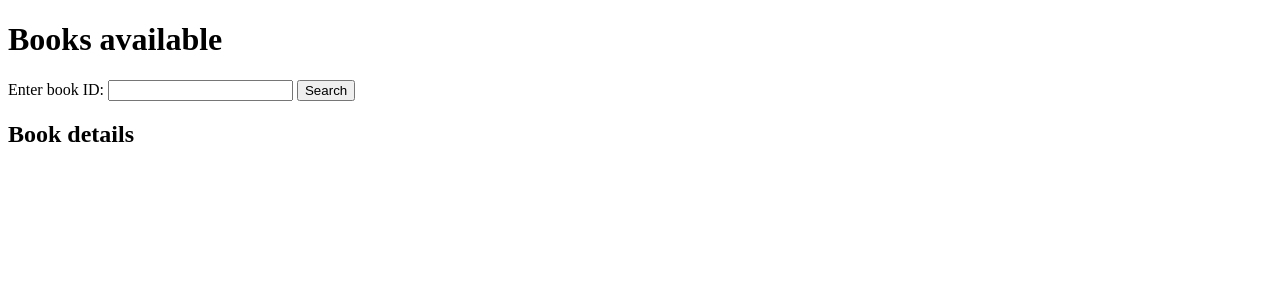
Repository: Afrozzzz/java-training
Page: shop/src/main/resources/static/books.html
The author's editor kept a copy of each file at every save. The page is drawn from the files as they stood at one save, then again after the next save.
The browser window is 1280 px wide. The pictures show the whole page.
The page's requests for data from a server got no answer.

Above is the page before, as saved 2025-03-03 06:04:14.

### shop/src/main/resources/static/books.html
<!DOCTYPE html>
<html lang="en">
<head>
    <meta charset="UTF-8">
    <meta name="viewport" content="width=device-width, initial-scale=1.0">
    <title>Books</title>
</head>
<body>
    <h1>Books available</h1>
    <ul id="bookList"></ul>

    <label for="bookId">Enter book ID:</label>
    <input type="number" id="bookId" name="bookId">
    <button id="searchButton">Search</button>

    <h2>Book details</h2>
    <p id="bookDetails"></p>

    <script>
        // Fetch all books and display them in a list
        fetch('/api/books')
            .then(response => response.json())
            .then(data => {
                const list = document.getElementById('bookList');
                data.forEach(book => {
                    const li = document.createElement('li');
                    li.textContent = `${book.title} having price $${book.price} with author ID ${book.authorId}`;
                    list.appendChild(li);
                });
            })
            .catch(error => console.error('Error fetching books data:', error));

        // Function to fetch book by ID and display its details
        function fetchBookById() {
            const bookId = document.getElementById("bookId").value;
            if (!bookId) {
                alert("Please enter a book ID");
                return;
            }
            fetch(`/api/books/${bookId}`)
                .then(response => {
                    if (!response.ok) {
                        throw new Error("Book not found");
                    }
                    return response.json();
                })
                .then(book => {
                    document.getElementById("bookDetails").textContent =
                        `Title: ${book.title} || Price: $${book.price} || Author ID: ${book.authorId}`;
                })
                .catch(error => {
                    document.getElementById("bookDetails").textContent = "Book not found";
                });
        }

        // Add event listener to the search button
        document.getElementById("searchButton").addEventListener("click", fetchBookById);
    </script>
</body>
</html>

After the next save:
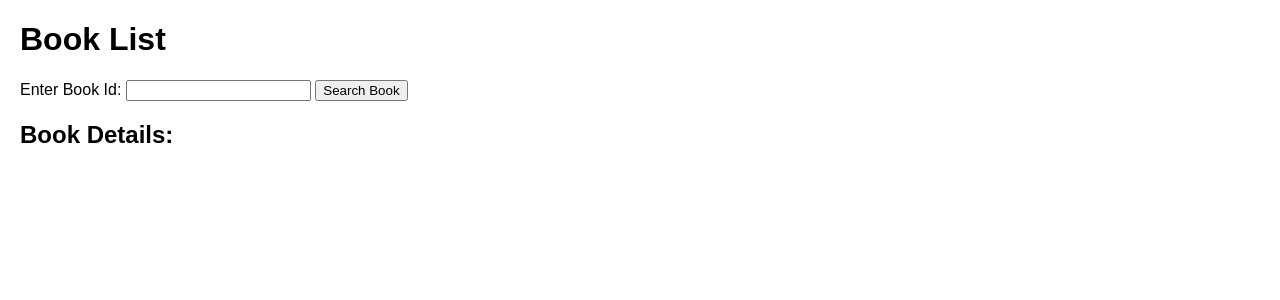
Saved 6 min 11 s later.
--- a/shop/src/main/resources/static/books.html
+++ b/shop/src/main/resources/static/books.html
@@ -1,60 +1,67 @@
 <!DOCTYPE html>
 <html lang="en">
 <head>
-    <meta charset="UTF-8">
-    <meta name="viewport" content="width=device-width, initial-scale=1.0">
-    <title>Books</title>
+<meta charset="UTF-8">
+<meta name="viewport" content="width=device-width, initial-scale=1.0">
+<title>Book List</title>
+<style>
+        body {
+            font-family: Arial, sans-serif;
+            margin: 20px;
+        }
+        ul {
+            list-style-type: none;
+            padding: 0;
+        }
+        li {
+            padding: 10px;
+            border: 1px solid #ddd;
+            margin-bottom: 5px;
+        }
+        .book-header {
+            background-color: #f4f4f4;
+            font-weight: bold;
+        }
+</style>
 </head>
 <body>
-    <h1>Books available</h1>
-    <ul id="bookList"></ul>
+<h1>Book List</h1>
+<ul id="bookList"></ul>
+<label for="bookId">Enter Book Id:</label>
+<input type="number" id="bookId">
+<button onclick="fetchBookById()">Search Book</button>
+<h2>Book Details:</h2>
+<p id="bookDetails"></p>
+</body>
+<script>
+        document.addEventListener('DOMContentLoaded', function() {
+            fetch('/api/books')
+                .then(response => response.json())
+                .then(data => {
+                    const bookList = document.querySelector('#bookList');
+                    data.forEach(book => {
+                        const headerItem = document.createElement('li');
+                        headerItem.textContent = `${book.title} having price ${book.price} with authorId ${book.authorId}`;
+                        bookList.appendChild(headerItem);
+                    });
+                })
+                .catch(error => console.error('Error fetching books:', error));
+        });
 
-    <label for="bookId">Enter book ID:</label>
-    <input type="number" id="bookId" name="bookId">
-    <button id="searchButton">Search</button>
-
-    <h2>Book details</h2>
-    <p id="bookDetails"></p>
-
-    <script>
-        // Fetch all books and display them in a list
-        fetch('/api/books')
-            .then(response => response.json())
-            .then(data => {
-                const list = document.getElementById('bookList');
-                data.forEach(book => {
-                    const li = document.createElement('li');
-                    li.textContent = `${book.title} having price $${book.price} with author ID ${book.authorId}`;
-                    list.appendChild(li);
-                });
-            })
-            .catch(error => console.error('Error fetching books data:', error));
-
-        // Function to fetch book by ID and display its details
         function fetchBookById() {
-            const bookId = document.getElementById("bookId").value;
-            if (!bookId) {
+            const id = document.getElementById('bookId').value;
+            if (!id) {
                 alert("Please enter a book ID");
                 return;
             }
-            fetch(`/api/books/${bookId}`)
-                .then(response => {
-                    if (!response.ok) {
-                        throw new Error("Book not found");
-                    }
-                    return response.json();
+            fetch(`/api/books/${id}`)
+                .then(response => response.json())
+                .then(book => {
+                    const bookDetails = document.querySelector('#bookDetails');
+                    bookDetails.textContent = `Title : ${book.title} || price :${book.price} || authorId :${book.authorId}`;
                 })
-                .then(book => {
-                    document.getElementById("bookDetails").textContent =
-                        `Title: ${book.title} || Price: $${book.price} || Author ID: ${book.authorId}`;
-                })
-                .catch(error => {
-                    document.getElementById("bookDetails").textContent = "Book not found";
-                });
+                .catch(error => console.error('Error fetching book:', error));
         }
+</script>
 
-        // Add event listener to the search button
-        document.getElementById("searchButton").addEventListener("click", fetchBookById);
-    </script>
-</body>
 </html>

After the save that followed:
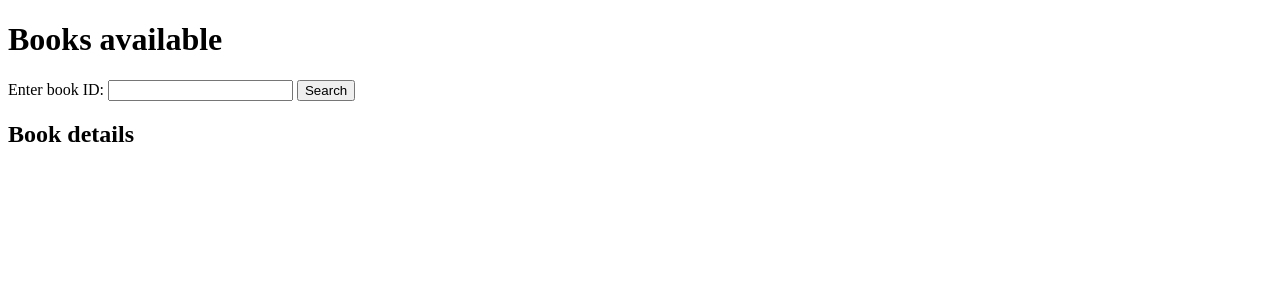
Saved 12 min 5 s later.
--- a/shop/src/main/resources/static/books.html
+++ b/shop/src/main/resources/static/books.html
@@ -1,3 +1,5 @@
+<!--
+
 <!DOCTYPE html>
 <html lang="en">
 <head>
@@ -65,3 +67,69 @@
 </script>
 
 </html>
+
+
+-->
+
+
+
+<!DOCTYPE html>
+<html lang="en">
+<head>
+    <meta charset="UTF-8">
+    <meta name="viewport" content="width=device-width, initial-scale=1.0">
+    <title>Books</title>
+</head>
+<body>
+    <h1>Books available</h1>
+    <ul id="bookList"></ul>
+
+    <label for="bookId">Enter book ID:</label>
+    <input type="number" id="bookId" name="bookId">
+    <button id="searchButton">Search</button>
+
+    <h2>Book details</h2>
+    <p id="bookDetails"></p>
+
+    <script>
+        // Fetch all books and display them in a list
+        fetch('/api/books')
+            .then(response => response.json())
+            .then(data => {
+                const list = document.getElementById('bookList');
+                data.forEach(book => {
+                    const li = document.createElement('li');
+                    li.textContent = `${book.title} having price $${book.price} with author ID ${book.authorId}`;
+                    list.appendChild(li);
+                });
+            })
+            .catch(error => console.error('Error fetching books data:', error));
+
+        // Function to fetch book by ID and display its details
+        function fetchBookById() {
+            const bookId = document.getElementById("bookId").value;
+            if (!bookId) {
+                alert("Please enter a book ID");
+                return;
+            }
+            fetch(`/api/books/${bookId}`)
+                .then(response => {
+                    if (!response.ok) {
+                        throw new Error("Book not found");
+                    }
+                    return response.json();
+                })
+                .then(book => {
+                    document.getElementById("bookDetails").textContent =
+                        `Title: ${book.title} || Price: $${book.price} || Author ID: ${book.authorId}`;
+                })
+                .catch(error => {
+                    document.getElementById("bookDetails").textContent = "Book not found";
+                });
+        }
+
+        // Add event listener to the search button
+        document.getElementById("searchButton").addEventListener("click", fetchBookById);
+    </script>
+</body>
+</html>
